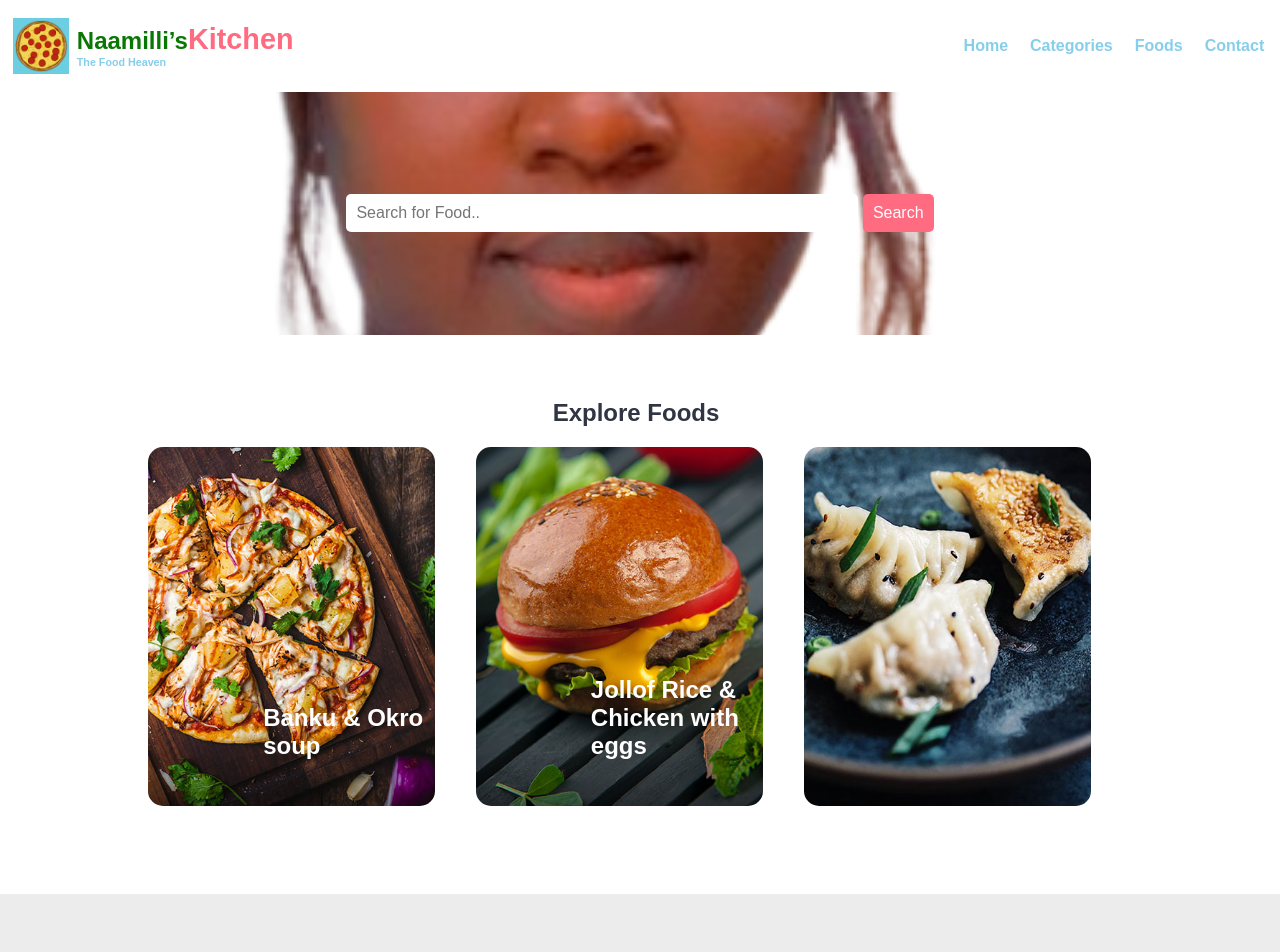
Repository: Saviour-Dagadu/Naamilli
Page: index.html
These files come from the project's save history. The page is drawn as it stood at one moment and after the next save; the edit follows.
The browser window is 1280 px wide. The pictures show the part of the page from y = 0 to 952 px (the page is 1931 px tall).
A picture or video elsewhere on the page could not be fetched, so the positions and the page height are approximate.

Above is the page before, as saved 2024-12-03 21:51:24.

After the next save:
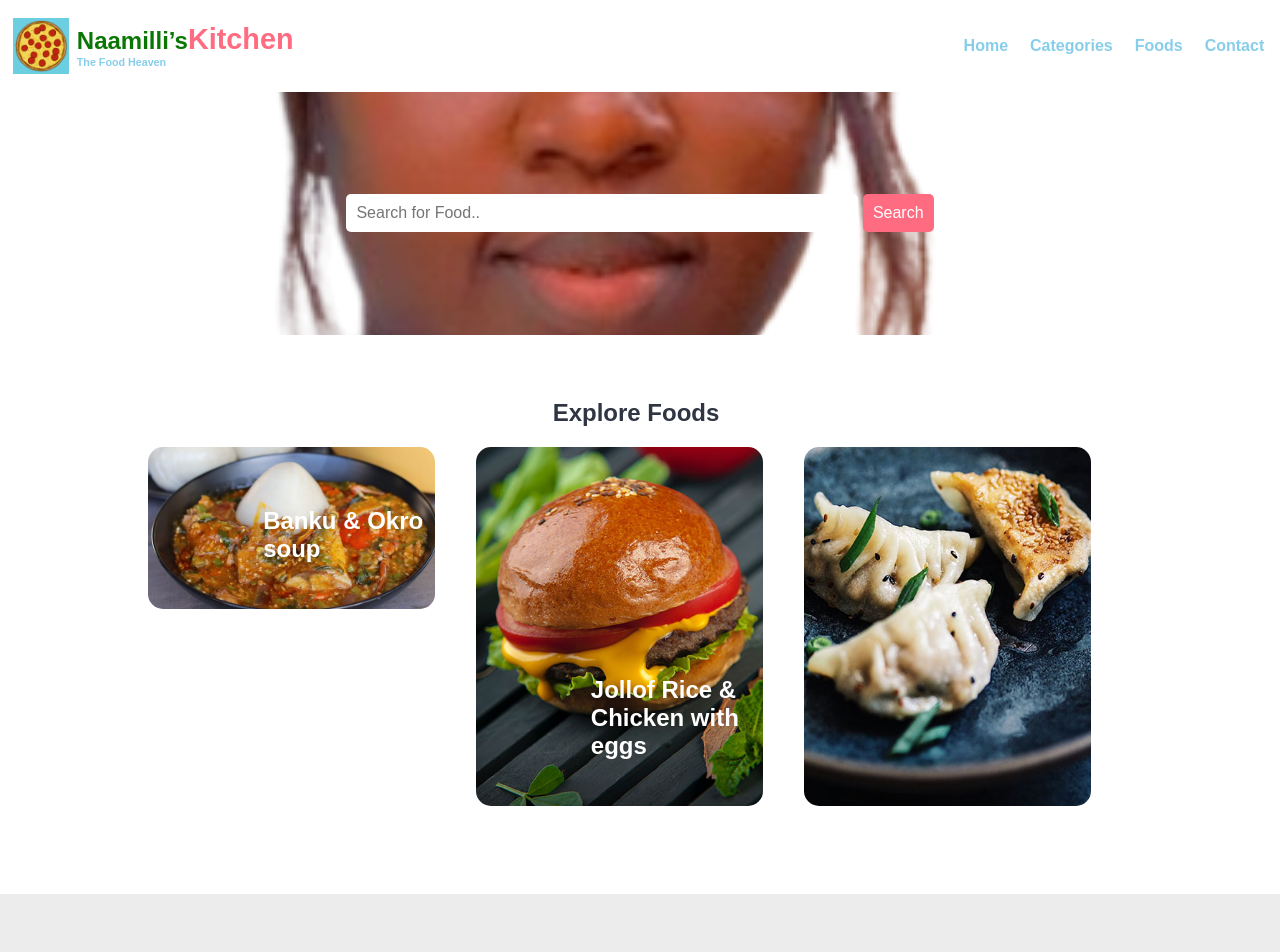
Saved 10 min 14 s later.
--- a/index.html
+++ b/index.html
@@ -70,7 +70,7 @@
 
             <a href="category-foods.html">
             <div class="box-3 float-container">
-                <img src="images/pizza.jpg" alt="Pizza" class="img-responsive img-curve">
+                <img src="images/Banku.jpg" alt="Pizza" class="img-responsive img-curve">
 
                 <h3 class="float-text text-white">Banku & Okro soup</h3>
             </div>
